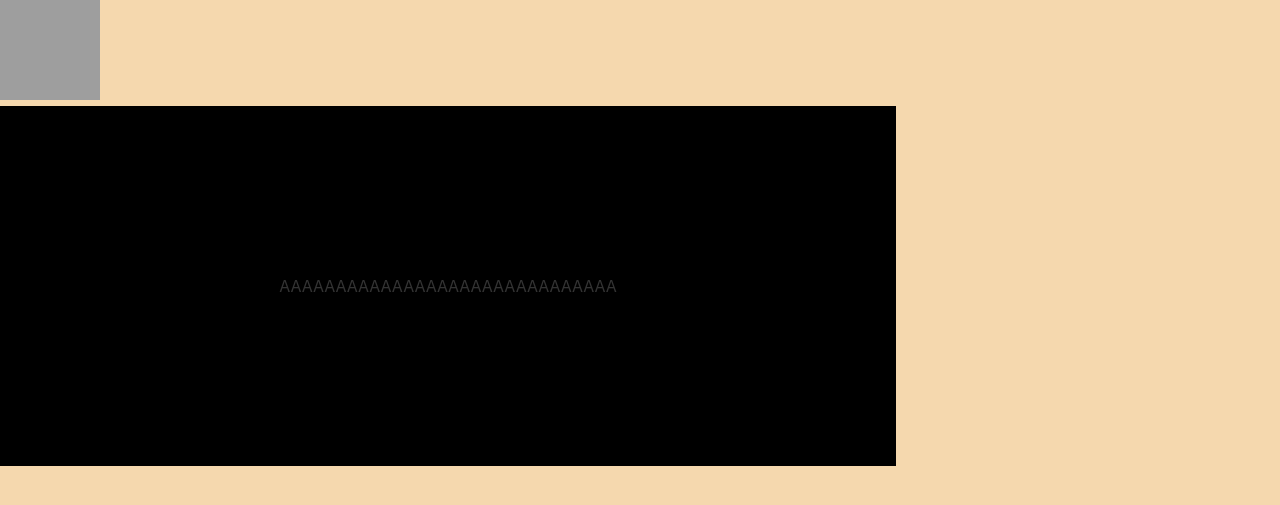
Repository: Grand-Line-PNV/FE-BIBooking
Page: /
The author's editor kept a copy of each file at every save. The page is drawn from the files as they stood at one save, then again after a run of saves.
The browser window is 1280 px wide. The pictures show the whole page.
Pictures or frames that could not be fetched are drawn as grey boxes. The project was rebuilt for these pictures with package versions that can differ from the ones it lists, and the page was loaded fresh each time. Also part of the build but not shown: src/App.css, src/components/Button/Button.module.scss, src/components/Button/Button.js.

Above is the page before, as saved 2023-02-05 16:01:11.

### public/index.html
<!DOCTYPE html>
<html lang="en">

<head>
  <meta charset="utf-8" />
  <link rel="icon" href="%PUBLIC_URL%/logoBIBooking.png" />
  <meta name="viewport" content="width=device-width, initial-scale=1" />
  <meta name="theme-color" content="#000000" />
  <meta name="description" content="Web site created using create-react-app" />
  <link rel="apple-touch-icon" href="%PUBLIC_URL%/logoBIBooking.png" />
  <!--
      manifest.json provides metadata used when your web app is installed on a
      user's mobile device or desktop. See https://developers.google.com/web/fundamentals/web-app-manifest/
    -->
  <link rel="manifest" href="%PUBLIC_URL%/manifest.json" />
  <!--
      Notice the use of %PUBLIC_URL% in the tags above.
      It will be replaced with the URL of the `public` folder during the build.
      Only files inside the `public` folder can be referenced from the HTML.

      Unlike "/favicon.ico" or "favicon.ico", "%PUBLIC_URL%/favicon.ico" will
      work correctly both with client-side routing and a non-root public URL.
      Learn how to configure a non-root public URL by running `npm run build`.
    -->
  <title>B&IBooking</title>
</head>

<body>
  <noscript>You need to enable JavaScript to run this app.</noscript>
  <div id="root"></div>
  <!--
      This HTML file is a template.
      If you open it directly in the browser, you will see an empty page.

      You can add webfonts, meta tags, or analytics to this file.
      The build step will place the bundled scripts into the <body> tag.

      To begin the development, run `npm start` or `yarn start`.
      To create a production bundle, use `npm run build` or `yarn build`.
    -->
</body>

</html>

### src/App.js
import "./App.css";
import { Provider } from "react-redux";
import store from "./redux";
import { faChevronLeft } from "@fortawesome/free-solid-svg-icons";
import { FontAwesomeIcon } from "@fortawesome/react-fontawesome";
import classNames from "classnames/bind";
import Button from "./components/Button/Button";
import PersonalInformation from "../src/view/pages/Influencers/PersonalInformation/index";

const cx = classNames.bind();

function App() {
  return (
    <Provider store={store}>
      <PersonalInformation />
    </Provider>
  );
}

export default App;

### src/styles/GlobalStyles.js
import "./GlobalStyles.scss";

function GlobalStyles({ children }) {
  return children;
}
export default GlobalStyles;

### src/redux/index.js
import { configureStore } from "@reduxjs/toolkit";

const store = configureStore({
	reducer: {
	},
});

export default store;

### src/view/pages/Influencers/PersonalInformation/index.js
import React from "react";
import classNames from "classnames/bind";
import styles from "./PersonalInformation.module.scss";

const cx = classNames.bind(styles);

export default function PersonalInformation() {
  return (
    <>
      <div>
        <div className={cx("personalInfor__page")}>
          <img
            style={{ width: "100px", height: "100px", objectFit: "cover" }}
            src="../../../../assets/images/LogoB&IBooking.png"
            alt="..."
          />
          <div className={cx("personalInfor__block")}>
            <div className={cx("")}>
              <p>AAAAAAAAAAAAAAA</p>
            </div>
            <div className={cx("")}>
              <p>AAAAAAAAAAAAAAA</p>
            </div>
          </div>
        </div>
      </div>
    </>
  );
}

### src/styles/GlobalStyles.scss
:root{
    --white:  rgba(255, 255, 255, 1.0);
    --primary: #fe2c55;
    --black: #000;
    --text-color: #333;
}
*{
    margin: 0;
    padding: 0;
    box-sizing: border-box;
}
html{
    font-size:62.5%;
}
body{
    text-rendering: optimizeSpeed;
    font-family: 'ProximaNova', sans-serif;
    font-size: 1.6rem;
    line-height: 1.5;
    color: var(--text-color)
}
button, input,[tabindex]{
    outline: none;
    border: none;
}
a[href]{
    color: var(--text-color);
    text-decoration: none
}

### src/view/pages/Influencers/PersonalInformation/PersonalInformation.module.scss
:root {
  // color
  --Wheat-color: #f5d8ae;
  --Linear-orange-color: linear-gradient(
    180deg,
    #f0a237 0%,
    #f16736 50.31%,
    #ed3237 100%
  );
  --Inter-font-family: "Inter", sans-serif;
}
.personalInfor__page {
  width: 100%;
  height: 100vh;
  background-color: var(--Wheat-color);
  font-family: var(--Inter-font-family);
  & .personalInfor__block {
    width: 70%;
    height: 50vh;
    background-color: black;
    display: flex;
    justify-content: center;
    align-items: center;
  }
}

Loaded but not shown: src/index.js (common file); src/index.css (common file); src/reportWebVitals.js (common file)

After the next 2 saves:
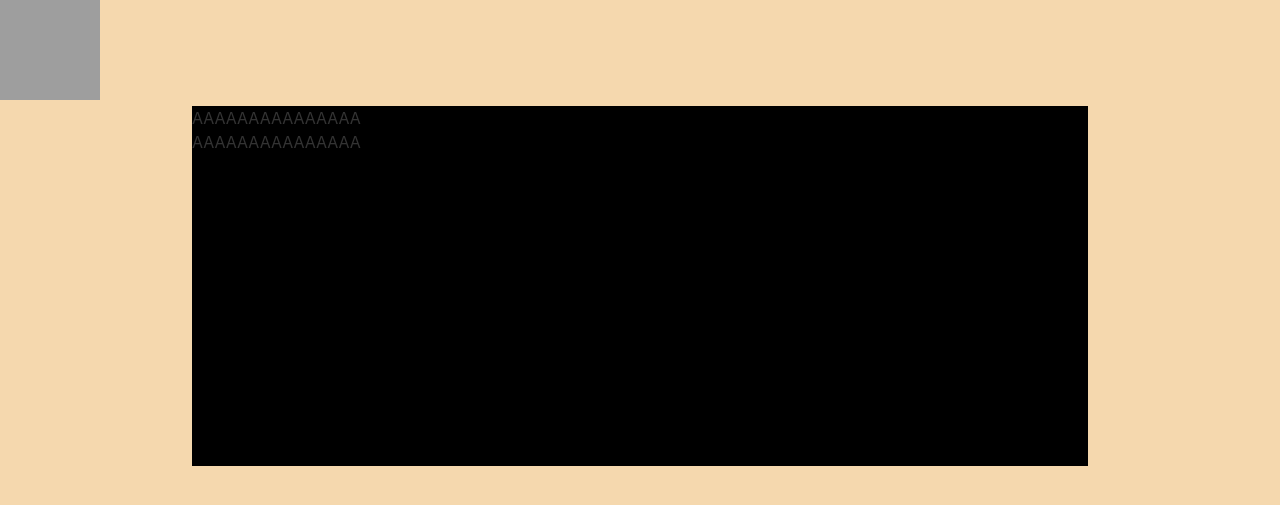
The 2 saves are shown as one change because they came seconds apart.
The last was saved 23 s later.
--- a/src/view/pages/Influencers/PersonalInformation/PersonalInformation.module.scss
+++ b/src/view/pages/Influencers/PersonalInformation/PersonalInformation.module.scss
@@ -18,8 +18,6 @@
     width: 70%;
     height: 50vh;
     background-color: black;
-    display: flex;
-    justify-content: center;
-    align-items: center;
+    margin: 0 auto;
   }
 }
